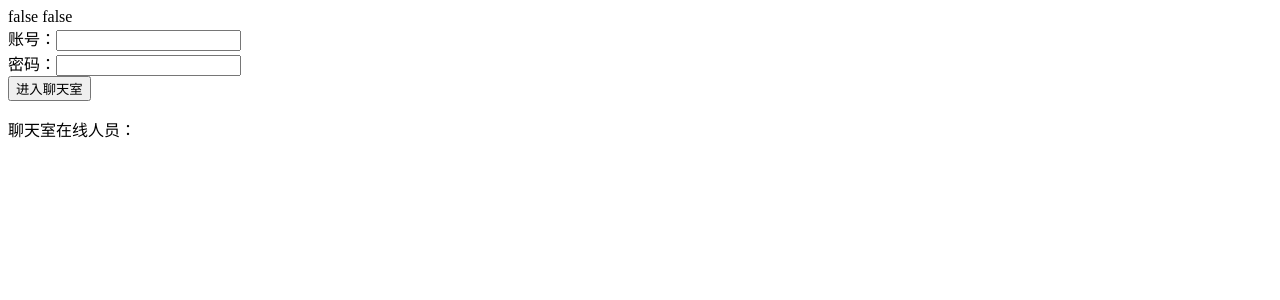
Repository: Matty-GCU/MyEclipse
Page: http://localhost/JavaWeb/chapter08_JSP_built_in_Object_2/homework/8.99.3hw3.jsp
An editor plug-in stored every save of this project. The page is shown before and after the next save, followed by the edit.
The browser window is 1280 px wide. The pictures show the whole page.
The page is served by Tomcat 9. Other server files are loaded and not shown.

Above is the page before, as saved 2021-10-27 15:34:38.

### JavaWeb/WebRoot/chapter08_JSP_built_in_Object_2/homework/8.99.3hw3.jsp
<%@ page language="java" contentType="text/html; charset=UTF-8"
    pageEncoding="UTF-8" import="java.util.*"%>
<html>
	<head>
		<title>Insert title here</title>
	</head>
	<body>
		<%
			ArrayList<String> account = (ArrayList<String>) application.getAttribute("account");
			if(account == null) {
				account = new ArrayList<>();
				application.setAttribute("account", account);
			}
			String newAccount = request.getParameter("newAccount");
			String psw = request.getParameter("psw");
			out.println("newAccount:" + newAccount + newAccount==null + "<br>");
			out.println("psw:" + psw  + psw==null + "<br>");
			if(newAccount != null && psw != null) {
				account.add(newAccount);
			}
		%>
		<form action="#" method="post">
			账号：<input type="text" name="newAccount"><br>
			密码：<input type="password" name="psw"><br>
			<input type="submit" value="进入聊天室">
		</form>
		聊天室在线人员：<br>
		<%
			for(String s: account) {
				out.print(s + "<br>");
			}
		%>
	</body>
</html>

After the next save:
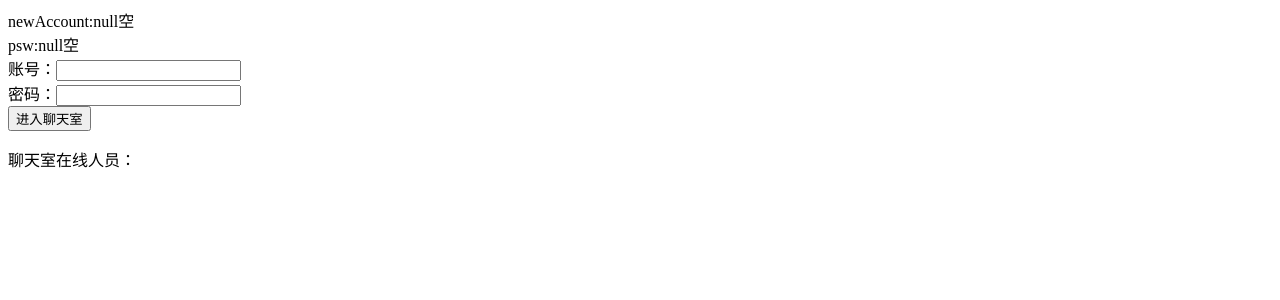
Saved 80 s later.
--- a/JavaWeb/WebRoot/chapter08_JSP_built_in_Object_2/homework/8.99.3hw3.jsp
+++ b/JavaWeb/WebRoot/chapter08_JSP_built_in_Object_2/homework/8.99.3hw3.jsp
@@ -13,8 +13,8 @@
 			}
 			String newAccount = request.getParameter("newAccount");
 			String psw = request.getParameter("psw");
-			out.println("newAccount:" + newAccount + newAccount==null + "<br>");
-			out.println("psw:" + psw  + psw==null + "<br>");
+			out.println("newAccount:" + newAccount + (newAccount==null ? "空" : "白") + "<br>");
+			out.println("psw:" + psw  + (psw==null ? "空" : "白") + "<br>");
 			if(newAccount != null && psw != null) {
 				account.add(newAccount);
 			}
